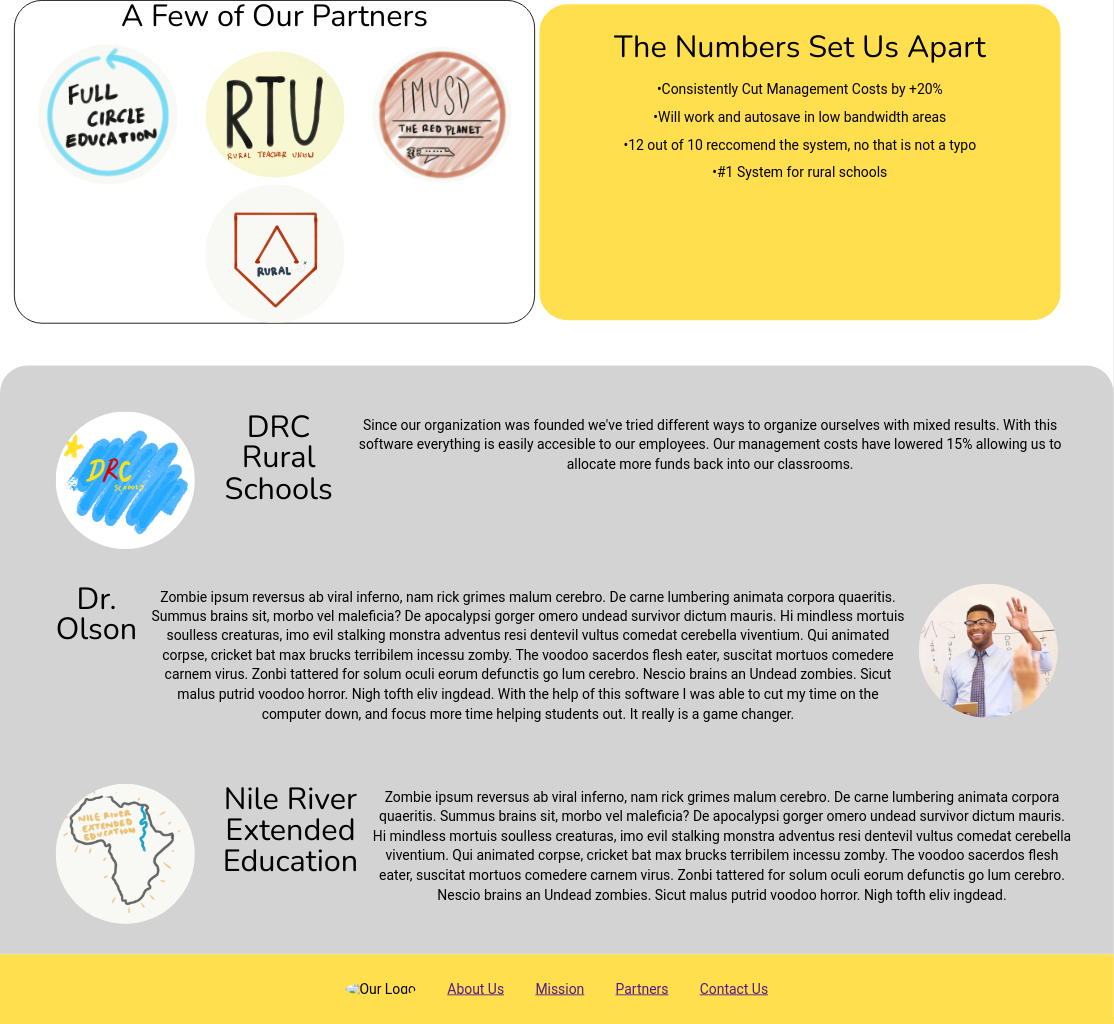
Repository: internationalrural-school-report/maketing-page
Page: marketing.html
An editor plug-in stored every save of this project. The page is shown before and after the next save, followed by the edit.
The browser window is 1280 px wide. The pictures show the whole page, at 87% of full size.

Above is the page before, as saved 2019-08-24 12:48:52.

After the next save:
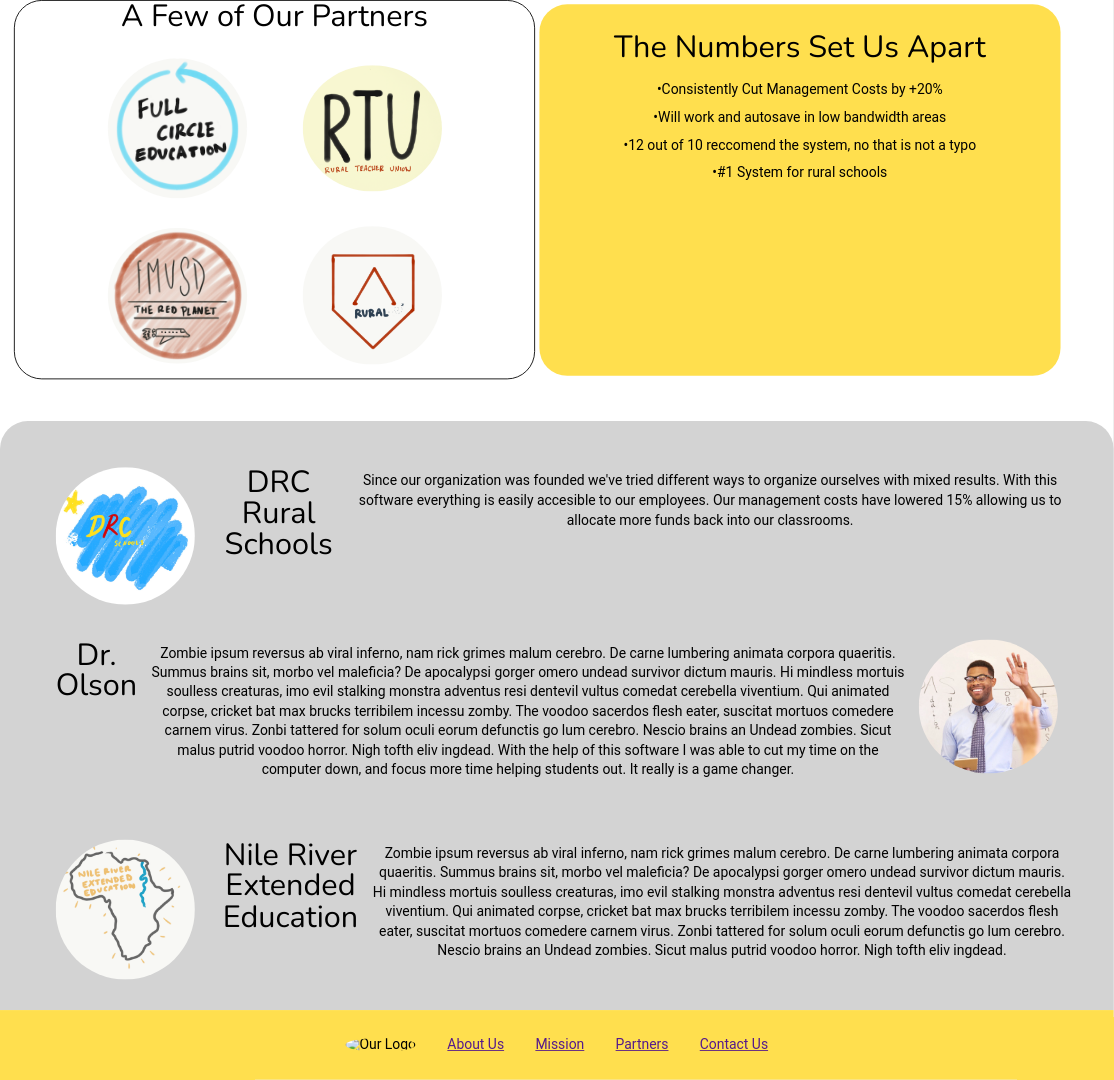
Saved 34 s later.
--- a/css-marketing.css
+++ b/css-marketing.css
@@ -108,8 +108,7 @@ img {
     width: 100%;
 }
 .logos {
-
-    flex: 0 1 22%;
+    margin: 1rem;
 }
 .right-partner {
     margin: 0.3rem;
